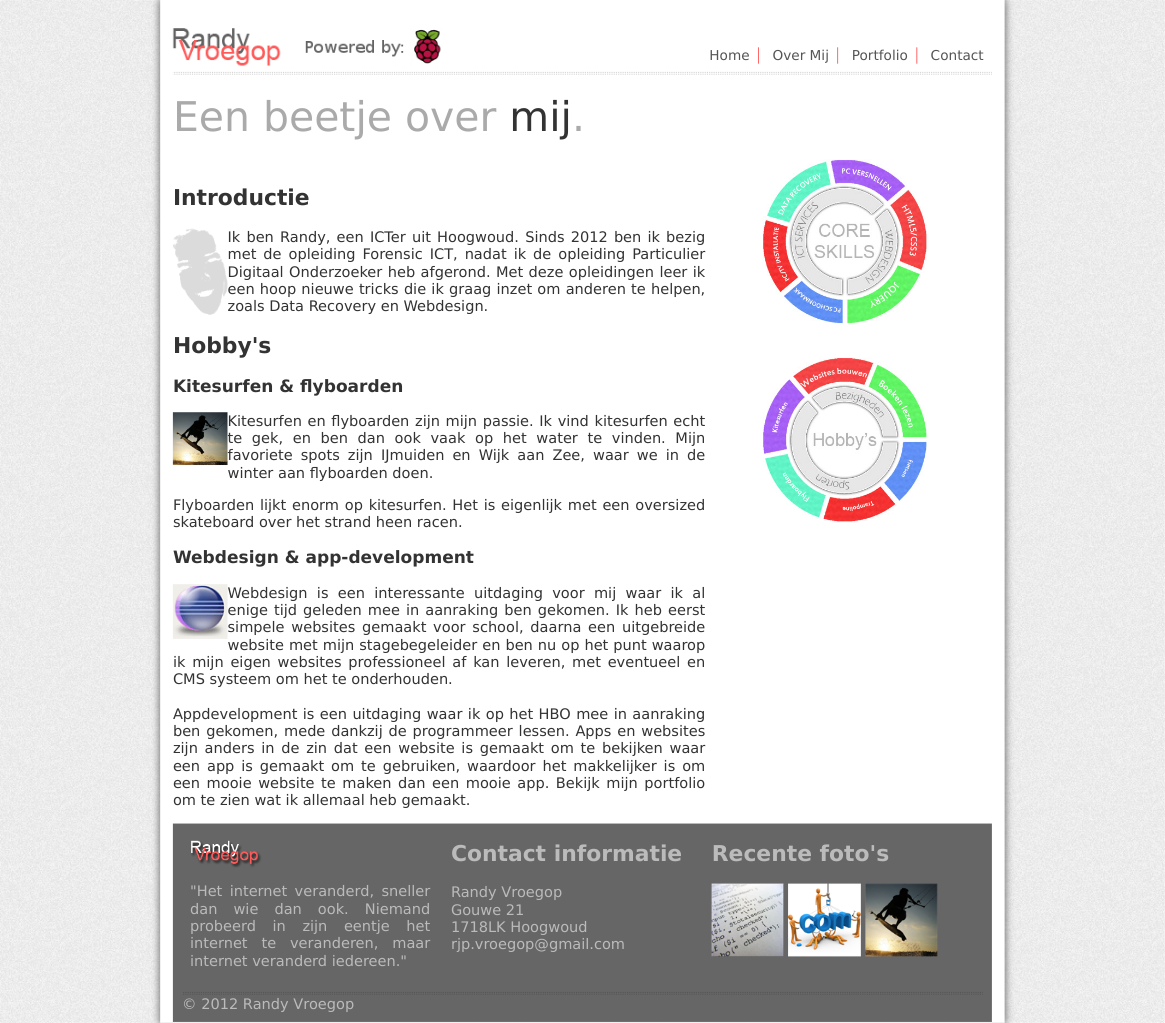
Repository: rjpvroegop/randyvroegop.nl
Page: over_mij.html
The author's editor kept a record of every edit. The page is drawn from the files as they stood at one moment, then again after the next edit.
The browser window is 1280 px wide. The pictures show the whole page, at 91% of full size.
Some web libraries are served in a nearby version.

Above is the page before.

### over_mij.html
<!DOCTYPE html PUBLIC "-//W3C//DTD XHTML 1.0 Strict//EN"
"http://www.w3.org/TR/xhtml1/DTD/xhtml1-strict.dtd">
<html lang='nl'>
	<head>
		<meta http-equiv="Content-Type" content="text/html; charset=utf-8"/>

		<link rel="icon" href="images/favicon.png" type="image/png" />
		<link rel="shortcut icon" href="favicon.ico" />

		<title>Over mij - randy vroegop</title>

		<meta name="description" content="Ik ben Randy, een ICTer uit Hoogwoud. Sinds 2012 doe ik de opleiding Forensic ICT, en ik help graag bij problemen of een nieuwe website.">
		<meta name="keywords" content="randy, opleiding, recovery, webdesign, over, mij, introductie, hobby, helpen, data, afgerond">
		<meta name="viewport" content="initial-scale = 1.0,maximum-scale = 1.0" />
		<link rel="stylesheet" href="css/style.css" type="text/css" />
		<link rel="stylesheet" href="css/widescreen_style.css" type="text/css" media="(min-width: 45em)">
		<link rel="stylesheet" href="css/mobile_style.css" type="text/css" media="(max-width: 20em)">

		<script type="text/javascript">

		  var _gaq = _gaq || [];
		  _gaq.push(['_setAccount', 'UA-37102832-1']);
		  _gaq.push(['_trackPageview']);

		  (function() {
			var ga = document.createElement('script'); ga.type = 'text/javascript'; ga.async = true;
			ga.src = ('https:' == document.location.protocol ? 'https://ssl' : 'http://www') + '.google-analytics.com/ga.js';
			var s = document.getElementsByTagName('script')[0]; s.parentNode.insertBefore(ga, s);
		  })();

		</script>

		<script src="//ajax.googleapis.com/ajax/libs/jquery/1.8.2/jquery.min.js"></script>
		<script src="js/menu.js" type="text/javascript"></script>
		<script src="js/dropdown.js" type="text/javascript"></script>

	</head>
	<body>
		<div id="wrapper">

			<div id="header">
				<img src="images/logo.png" class="logo" alt="logo" />
				<ul class="navigation">

				</ul>
				<br class="clear" />
			</div>

			<div id="content">
				<div id="intro">
					<h1>Een beetje over <span>mij</span>.</h1>
				</div>
				<div class="leftContent">
					<h2><br />Introductie</h2>
					<p><img src="images/face.png" alt="randy" class="face" />Ik ben Randy, een ICTer uit Hoogwoud. Sinds
					2012 ben ik bezig met de opleiding
					Forensic ICT, nadat ik de opleiding Particulier Digitaal Onderzoeker heb afgerond. Met deze opleidingen
					leer ik een hoop nieuwe tricks die ik graag inzet om anderen te helpen, zoals Data Recovery en Webdesign.</p>

					<!--<h2>Webdesign</h2>
					<p>Tijdens mijn MBO opleiding heb ik mijzelf geleerd om websites te bouwen. Op dit
					moment beheerst ik HTML, CSS en JQuery zo goed, dat ik graag websites maak voor anderen. De uitdaging van
					websites maken zit hem vooral in het programmeren van de website.
					Bij mijn Webdemo's staan een aantal voorbeelden van stukjes code die ik heb geschreven, en die je vrij kan
					gebruiken op je eigen website.</p>

					<p>- HTML is de taal waarin je de opbouw maakt en teksten van je pagina schrijft.<br /><Br />
					- CSS is de taal die je gebruikt om je website kleur en style te geven.<br /><Br />
					- JQuery is de taal waarin dingen worden geprogrammeerd als een slideshow, of speciale functies. JQuery is een uitbreiding van JavaScript.-->

					<h2>Hobby's</h2>

					<h3>Kitesurfen & flyboarden</h3>
					<p><img src="images/kitesurfen.jpg" alt="kite" class="kite" />Kitesurfen en flyboarden zijn mijn passie.
					Ik vind kitesurfen echt te gek, en ben dan ook vaak op het water te vinden. Mijn favoriete spots zijn IJmuiden en Wijk aan Zee,
					waar we in de winter aan flyboarden doen.</p>

					<p>Flyboarden lijkt enorm op kitesurfen. Het is eigenlijk met een oversized skateboard over het strand heen racen.</p>

					<h3>Webdesign & app-development</h3>
					<p><img src="images/eclipse-logo.png" alt="eclipse" class="webdesign" />Webdesign is een interessante uitdaging
					voor mij waar ik al enige tijd geleden mee in aanraking ben gekomen. Ik heb eerst simpele websites gemaakt voor school,
					daarna een uitgebreide website met mijn stagebegeleider en ben nu op het punt waarop ik mijn eigen websites professioneel
					af kan leveren, met eventueel en CMS systeem om het te onderhouden.
					<br /><br />
					Appdevelopment is een uitdaging waar ik op het HBO mee in aanraking ben gekomen, mede dankzij de programmeer lessen. Apps en websites
					zijn anders in de zin dat een website is gemaakt om te bekijken waar een app is gemaakt om te gebruiken, waardoor het makkelijker is om een mooie website te maken dan een mooie
					app. Bekijk mijn portfolio om te zien wat ik allemaal heb gemaakt.


					</p>
				</div>
				<div id="rightSidebar">
					<img class="floatr" id="removeWhenContact" src="images/circle_of_skills.jpg" alt="skills" />

					<img class="floatr imagebottom" src="images/circle_of_hobbys.jpg" alt="hobby" />
				</div>
				<br class="clear" />
			</div>

			<div id="footer">
				<div class="quote">
					<img src="images/footer/randyvroegop.png" class="logo" alt="logo" />
					<p>"Het internet veranderd, sneller dan wie dan ook.
						Niemand probeerd in zijn eentje het internet te veranderen,
						maar internet veranderd iedereen."</p>
				</div>
				<div>
					<h2>Contact informatie</h2>
					<p>Randy Vroegop<br>
						Gouwe 21<br>
						1718LK Hoogwoud<br>
						rjp.vroegop@gmail.com</p>
				</div>
				<div>
					<h2>Recente foto's</h2>
					<p>
						<img src="images/footer/1.png" alt="foto">
						<img src="images/footer/2.png" alt="foto">
						<img src="images/footer/3.png" alt="foto">
					</p>
				</div>
				<br class="clear" />
				<span id="footerbottom">
					&copy; 2012 Randy Vroegop
				</span>
			</div>

		</div>
	</body>
</html>

### css/style.css
.clear{clear:both;}
a
{
	color:inherit;
}
body
{
	font-family:arial;
	font-weight:normal;
	text-decoration:none;
	margin:0;
	padding:0 10px;
	background-image:url(../images/bg-body.jpg);
	color:#333;
	overflow-y:scroll;
}


#wrapper
{
	background-color:white;
	max-width: 900px;
	margin: 0 auto;
	display: block;
	padding: 1px 14px;
	-webkit-box-shadow: 0 0 8px 1px rgba(0, 0, 0, 0.5);
	-moz-box-shadow: 0 0 8px 1px rgba(0,0,0,0.5);
	box-shadow: 0 0 8px 1px rgba(0, 0, 0, 0.5);
	font-family: "Lucida Grande", arial, "lucida sans";
}


#header ul.navigation
{
	list-style:none;
	margin:0;
	padding:0;
	text-align:center;
}
#header ul.navigation li
{
	display:inline-block;
	width:45%;
	margin-bottom:3px;
	max-width:200px;
	margin-left:0;
	margin-right:4px;
	position:relative;
}
#header ul.navigation li a:hover
{
	background-color:#ddd;
}
#header ul.navigation li a
{
font-size: 15px;
text-decoration: none;
color: #555;
display:block;
padding:5px 5px 5px 15px;
background-color:#eee;
}
#header ul.navigation li a:hover
{
	text-decoration:underline;
}
#header ul ul
{
	position:absolute;
	top:0;
	left:0px;
	width:200px;
	padding:75px 0 0 0;
	text-align:left;
	display:none;
	z-index:10;
}
#header ul.navigation li ul li
{
	width:200px;
}
#header
{
	background-image:url(../images/border.png);
	background-position:bottom;
	background-repeat:repeat-x;
}

#diensten h1
{
	color:#444;
}
.diensten
{
	font-family:verdana;
	font-size:90%;
}
ul.nostyle > li
{
	list-style:none;
}
strong.underline
{
	text-decoration:underline;
}
.diensten tr td:first-child
{
	text-align:left;
	font-weight:bold;
}
.diensten tr td
{
	text-align:center;
	vertical-align:bottom;
}
.diensten tr.smallimg td img
{
	width:25px;
}
.diensten tr.smallimg td p
{
	margin:2px 0 0 31px;
}

#content
{
	display:block;
	width:100%;
}
#content #intro h1
{
padding:0;
margin: 20px 0 0 0;
font-size: 29px;
font-family: "lucida sans", arial;
font-weight:normal;
color: #AAA;
}
#content #intro span
{
	color:#333;
}
#content #intro p
{
padding:0;
margin:0;
font-size: 27px;
font-family: "lucida sans", arial;
font-weight:normal;
color: #AAA;
}
#content #posts
{
	margin-top:15px;
}
#content #posts .post
{
	display:inline-block;
	max-width:45%;
	margin-left:2%;
	margin-right:2%;
	vertical-align:top;
	text-align:justify;
}
#content #posts .post p
{
	font-size:90%;
}
#content #posts .post h1
{
	font-size:95%;
}
#content #posts .post img
{
	max-width:80%;
}
#content #posts .post a
{
	color:#333;
}
#content .leftContent
{
	width:100%;
	display:inline-block;
	float:left;
	text-align:justify;
}
#content .leftContent img
{
	max-width:60px;
	float:left;
}
#content #rightSidebar
{
	width:100%;
	display:inline-block;
	margin-right:3%;
	float:right;
	text-align:center;
}
#content #rightSidebar img
{

	margin:5%;
	margin-top:20px;
	width:90%;
	max-width:180px;
}
#content #welcome
{
	border-bottom:1px dotted #ffbbbb;
	margin-top:25px;
	text-align:justify;
	font-size:15px;
}
#content #welcome p
{
	width:45%;
	display:inline-block;
	vertical-align:top;
	margin:1%;
}
span.coloured
{
	color:#3388ff;
}
.blue
{
	width:100%;
}
#contactForm table
{
width:100%;
}
#contactForm table tr input
{
	width:100%;
}
#contactForm table tr textarea
{
	height:200px;
	width:200%;
}
#contactForm table tr:last-child input
{
	width:70%;
}
#contactForm
{
	display:inline-block;
	width:50%;
}
#contactForm td
{
	display:block;
}
#gegevens
{
	font-size:12px;
	vertical-align:top;
	padding:4%;
	height:80%;
	width:35%;
	display:inline-block;
}
.color
{
	color:#ff5a5a;
}
.mail:hover
{
	cursor:pointer;
}







#slideshow
{
	display:none;
}







/* diensten						*/

#diensten
{
	margin-top:20px;
	display:inline-block;
	text-align:center;
}
#diensten .dienst
{
	text-decoration:none;
	color:#ff5a5a;
	font-weight:bold;
	font-size:12px;

	display:inline-block;
	margin:9px;
	padding-top:3px;

	width:200px;
	height:160px;

	-webkit-box-shadow: 0 0 8px 1px rgba(0, 0, 0, 0.8);
	-moz-box-shadow: 0 0 8px 1px rgba(0,0,0,0.8);
	box-shadow: 0 0 8px 1px rgba(0, 0, 0, 0.8);
	-webkit-background-clip: padding-box;
	-moz-background-clip: padding-box;
	background-clip: padding-box;
}
#diensten  .dienst img
{
	margin-top:4px;
	width:140px;
}
#cv
{
	width:100%;
	font-family:lato;
}
#cv fieldset
{
	margin:20px 5px 30px 5px;
}
#cv legend
{
	font-size:20px;
	color:#000;
}
#cv .skillBlock
{
	display:block;
	margin-bottom:20px;
	-webkit-box-shadow: 0 0 3px 1px rgba(0, 0, 0, 0.3);
	-moz-box-shadow: 0 0 3px 1px rgba(0,0,0,0.3);
	box-shadow: 0 0 3px 1px rgba(0, 0, 0, 0.3);
}
#cv .skillBlock div:first-child p.skill
{
	font-size:18px;
	color:#f55;
}
#cv .skillBlock div:first-child p.skill em
{
	font-size:10px;
	color:#888;
}
#cv .skillBlock .row
{
	margin-bottom:5px;
}
#cv .skillBlock .row.even
{

}
#cv .skillBlock .row.odd
{
	background-color:#fcc;
}
#cv .skillBlock .row p
{
	margin:0;
	padding:0;
}
#cv .skillBlock .anounce
{
	width:60px;
	display:inline-block;
}
#cv .skillBlock .points
{
	display:inline-block;
	width:15px;
}
#cv .skillBlock .skill
{
	display:inline-block;
}


#portfolio div.featured {
	display:inline-block;
	max-width: 278px;
	width:100%;
	text-align: center;
	margin: 10px;
	background-color:white;
	padding-top:5px;
	-webkit-box-shadow: 0 0 3px 1px rgba(0, 0, 0, 0.3);
	-moz-box-shadow: 0 0 3px 1px rgba(0,0,0,0.3);
	box-shadow: 0 0 3px 1px rgba(0, 0, 0, 0.3);
}
#portfolio div.featured img
{
	max-width:100%;
}
#portfolio div.featured ul
{
	margin:0;
	padding:0;
}
#portfolio div.featured ul li
{
	list-style:none;
	margin:0;
	padding:0;
	display:inline-block;
}
#portfolio div.featured ul li a img:hover {
filter: alpha(opacity=70);
opacity: 0.7;
}



#footer
{
	background-color:#666;
	color:#bbb;
	padding:10px;
	vertical-align:top;
}
#footer h2
{
	margin-top:0;
}
#footer .logo, #footer .quote
{
	display:none;
}
#footer p
{
	text-align:justify;
}
#footer div img
{
	width:30%;
}
#footer div
{
	display:inline-block;
	vertical-align:top;
	margin-left:4%;
	min-width:150px;
	max-width:45%;
}
#footer span
{
	padding-top:4px;
	background-image:url(../images/border.png);
	background-position:top;
	background-repeat:repeat-x;
	width:100%;
	display:block;
}

#email
{
    direction:rtl;
}

### css/widescreen_style.css
#header
{
	padding-top:30px;
	padding-bottom:4px;
}
#header ul.navigation li
{
	display:inline-block;
	border:0;
	width:auto;
}
#header ul.navigation li:hover
{
	border:0;
	background:none;
}
#header ul.navigation li a
{
	background:none;
	border-left:1px solid #ff5a5a;
	padding:0px 5px 0px 15px;
	margin:0 0 5px 0;
}
#header ul.navigation li a:hover
{
	background:none;
}
#header ul.navigation
{
		float:right;
		margin-top:20px;
		border:0;
}
#header .logo
{
	float:left;
}

#header ul.navigation li.regularMenu:first-child a
{
	border-left:0;
}
#header ul ul
{
	padding: 35px 0 0 0;
	width:130px;
}





#content #intro h1
{
padding:0;
margin: 20px 0 0 0;
font-size: 45px;
font-family: "lucida sans", arial;
font-weight:normal;
color: #AAA;
}
#content #intro span
{
	color:#333;
}
#content #intro p
{
padding:0;
margin:0;
font-size: 45px;
font-family: "lucida sans", arial;
font-weight:normal;
color: #AAA;
}
#content #posts .post p
{
	font-size:100%;
}
#content #posts .post h1
{
	font-size:20px;
}
#content .leftContent
{
	width:65%;
}
#content #rightSidebar
{
	width:30%;
}
#contactForm td
{
	display:table-cell;
}







#secondSlideshow
{
	display:none;
}





#footer .quote
{
	display:inline-block;
}
#footer .logo
{
	display:block;
}
#footer div
{
	width:30%;
	padding:1%;
	margin:0;
}
#footer span
{
	margin:0;
}

### js/menu.js
$(document).ready(function(){

var menu1 = '<li class="regularMenu"><a href="index.html">Home</a></li>'

var menu2 = '<li class="regularMenu over"><a href="#">Over Mij</a>'
var menu21 = 	'<ul>'
var menu22 = 		'<li><a href="cv.html">Curriculum Vitae</a></li>'
var menu23 = 		'<li><a href="over_mij.html">Persoonlijk</a></li>'
var menu24 = 		'<li><a href="diensten.html">Hulp aan huis</a></li>'
var menu25 = 	'</ul>'
var menu26 = '</li>'

var menu3 = '<li class="regularMenu"><a href="portfolio.html">Portfolio</a></li>'

var menu4 = '<li class="regularMenu"><a id="contact" href="contact.html">Contact</a></li>'

var menu = menu1 + menu2 + menu21 + menu22 + menu23 + menu24 + menu25 + menu26 + menu3 + menu4;

$('.navigation').append(menu);

});

### js/dropdown.js
$(document).ready(function()
{
	$('.over').bind(
		'mouseup', function() {
			$('ul.navigation ul').slideToggle(300);
		}
	);


});

### css/mobile_style.css
#header ul.navigation li a
{
padding:8px 5px 8px 15px;
}

#header ul.navigation li ul li
{
	max-width:50%;
	display:block;
}

#content #intro h1
{
padding:0;
margin: 20px 0 0 0;
font-size: 20px;
font-family: "lucida sans", arial;
font-weight:normal;
color: #AAA;
}
#content #intro span
{
	color:#333;
}
#content #intro p
{
padding:0;
margin:0;
font-size: 20px;
font-family: "lucida sans", arial;
font-weight:normal;
color: #AAA;
}
#content #posts .post p
{
	font-size:70%;
}
#content #posts .post h1
{
	font-size:75%;
}
#content #welcome p
{
	width:100%;
	display:block;
	font-size:80%;
	margin-top:15px;
}

After the next edit:
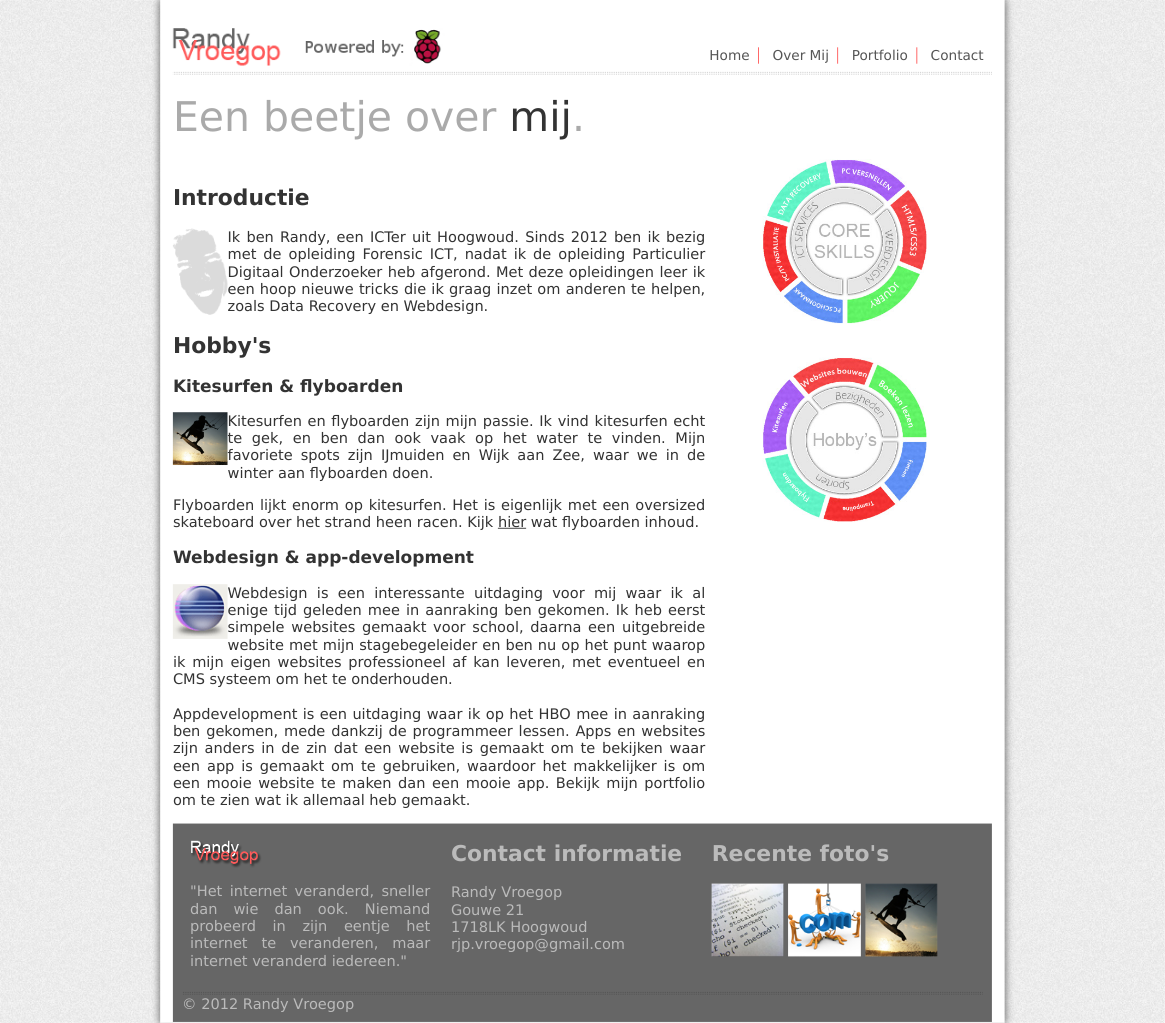
The edit:
--- a/over_mij.html
+++ b/over_mij.html
@@ -75,7 +75,7 @@
 					Ik vind kitesurfen echt te gek, en ben dan ook vaak op het water te vinden. Mijn favoriete spots zijn IJmuiden en Wijk aan Zee,
 					waar we in de winter aan flyboarden doen.</p>
 
-					<p>Flyboarden lijkt enorm op kitesurfen. Het is eigenlijk met een oversized skateboard over het strand heen racen.</p>
+					<p>Flyboarden lijkt enorm op kitesurfen. Het is eigenlijk met een oversized skateboard over het strand heen racen. Kijk <a href="http://youtu.be/RfEVnP5xebY" target="_blanc" title="hobby">hier</a> wat flyboarden inhoud.</p>
 
 					<h3>Webdesign & app-development</h3>
 					<p><img src="images/eclipse-logo.png" alt="eclipse" class="webdesign" />Webdesign is een interessante uitdaging
